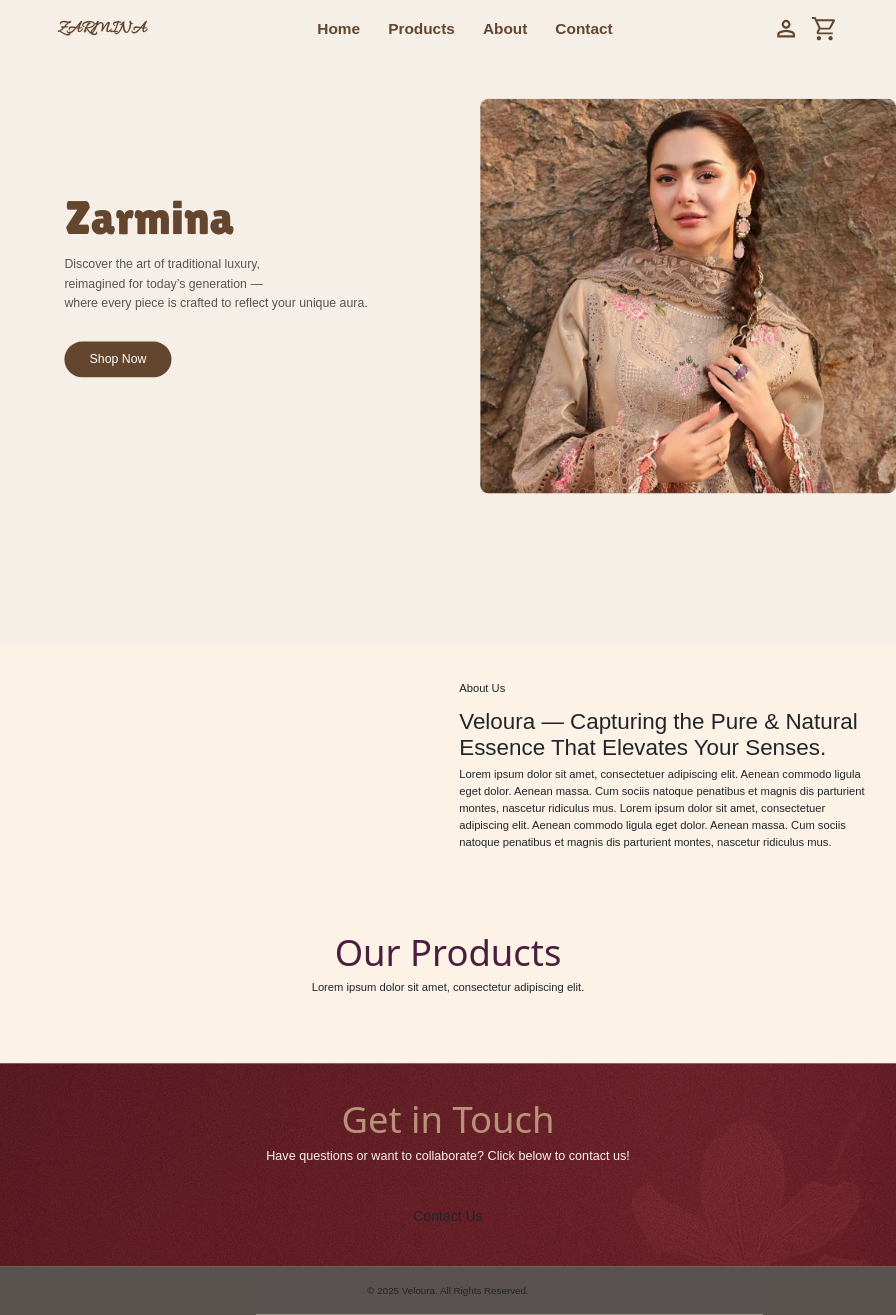
Repository: ayeshatehreem77/Clothing-store
Page: / (app in perfumes-app/)
The author's editor kept a copy of each file at every save. The page is drawn from the files as they stood at one save, then again after the next save.
The browser window is 1280 px wide. The pictures show the whole page, at 70% of full size.
Pictures or frames that could not be fetched are drawn as grey boxes. The page's requests for data from a server got no answer. Some web fonts or font styles are not loaded; a fallback is used. The project was rebuilt for these pictures with package versions that can differ from the ones it lists, and the page was loaded fresh each time. No one was signed in, and anything a server would have sent is missing. Also part of the build but not shown: perfumes-app/src/components/Alert.js.

Above is the page before, as saved 2025-10-29 00:22:41.

### perfumes-app/public/index.html
<!DOCTYPE html>
<html lang="en">

<head>
  <meta charset="utf-8" />
  <link rel="icon" href="%PUBLIC_URL%/favicon.ico" />
  <meta name="viewport" content="width=device-width, initial-scale=1" />
  <meta name="theme-color" content="#000000" />
  <meta name="description" content="Web site created using create-react-app" />
  <link rel="apple-touch-icon" href="%PUBLIC_URL%/logo192.png" />
  <!--
      manifest.json provides metadata used when your web app is installed on a
      user's mobile device or desktop. See https://developers.google.com/web/fundamentals/web-app-manifest/
    -->
  <link rel="manifest" href="%PUBLIC_URL%/manifest.json" />

  <title>Zarmina</title>

  <link rel="preconnect" href="https://fonts.googleapis.com">
  <link rel="preconnect" href="https://fonts.gstatic.com" crossorigin>
  <link
    href="https://fonts.googleapis.com/css2?family=Allura&family=Libertinus+Serif+Display&family=Lilita+One&display=swap"
    rel="stylesheet">

</head>

<body>
  <noscript>You need to enable JavaScript to run this app.</noscript>
  <div id="root"></div>
  <!--
      This HTML file is a template.
      If you open it directly in the browser, you will see an empty page.

      You can add webfonts, meta tags, or analytics to this file.
      The build step will place the bundled scripts into the <body> tag.

      To begin the development, run `npm start` or `yarn start`.
      To create a production bundle, use `npm run build` or `yarn build`.
    -->
</body>

</html>

### perfumes-app/src/index.js
import React from 'react';
import ReactDOM from 'react-dom/client';
import './index.css';
import 'bootstrap/dist/css/bootstrap.min.css';
import 'bootstrap/dist/js/bootstrap.bundle.min.js';
import App from './App';
import reportWebVitals from './reportWebVitals';
import { AuthProvider } from './context/AuthContext';

const root = ReactDOM.createRoot(document.getElementById('root'));
root.render(
  <React.StrictMode>
    <AuthProvider>
    <App />
    </AuthProvider>
  </React.StrictMode>
);

// If you want to start measuring performance in your app, pass a function
// to log results (for example: reportWebVitals(console.log))
// or send to an analytics endpoint. Learn more: https://bit.ly/CRA-vitals
reportWebVitals();

### perfumes-app/src/context/AuthContext.js
// src/context/AuthContext.js
import React, { createContext, useState, useEffect } from "react";
import axios from "axios";

export const AuthContext = createContext();

export const AuthProvider = ({ children }) => {
  const [user, setUser] = useState(null);

  // ✅ Fetch user details from backend using token
  const fetchUser = async () => {
    const token = localStorage.getItem("token");
    if (!token) return;

    try {
      const res = await axios.get("http://localhost:4000/auth/user", {
        headers: { Authorization: `Bearer ${token}` },
      });
      setUser(res.data); // { userId, email, role }
    } catch (err) {
      console.error("Failed to fetch user:", err);
      localStorage.removeItem("token");
      setUser(null);
    }
  };

  // ✅ Auto-fetch user on first render (if token exists)
  useEffect(() => {
    fetchUser();
  }, []);

  // ✅ Handle login
  const login = async (email, password) => {
    try {
      const res = await axios.post("http://localhost:4000/auth/login", {
        email,
        password,
      });

      // backend returns { authToken: "..." }
      const token = res.data.authToken;
      if (!token) throw new Error("No token returned");

      localStorage.setItem("token", token);
      await fetchUser(); // instantly update user

      return true; // success
    } catch (err) {
      console.error("Login error:", err.response?.data || err.message);
      throw err.response?.data?.message || "Login failed";
    }
  };

  // ✅ Handle logout
  const logout = () => {
    localStorage.removeItem("token");
    setUser(null);
  };

  return (
    <AuthContext.Provider value={{ user, login, logout, fetchUser }}>
      {children}
    </AuthContext.Provider>
  );
};

### perfumes-app/src/App.css
body {
  font-family: 'Poppins', sans-serif;
  background-color: #FCF2E6;
}

html {
  scroll-behavior: smooth;
}


.veloura-logo {
  font-family: "Allura", cursive;
  font-weight: 400;
  font-style: normal;
  font-size: 25px;
  color: #64462F !important;
}

.navbar {
  background: transparent !important;
}

button.navbar-toggler {
  border: none !important;
}

.navbar-toggler-icon {
  background-image: url("data:[embedded picture, 222 characters]");
}



.nav-link {
  color: #64462F !important;
  font-size: 22px;
  font-weight: 600;
}

.hero-section {
  background-color: #f5efe7;
  min-height: 100vh;
  display: flex;
  flex-direction: column;
  font-family: "Poppins", sans-serif;
}

/* =============== HERO LAYOUT =============== */
.hero-layout {
 display: flex;
    justify-content: center;
    align-items: flex-start;
    width: 100%;
    max-width: 1400px;
    height: 100vh;
    margin: 60px 0;

}

/* ---------- Left Section ---------- */
.hero-left {
    flex: 1 1;
    position: relative;
    margin: 133px 0px 0 92px;
}

.main-image {
  width: 100%;
  height: 564px;
  border-radius: 12px;
  overflow: hidden; /* ✅ ensures image stays inside box */
  position: relative;
  background-color: #93c5fd;
}

/* Make image fill box properly */
.main-image img {
  width: 100%;
  height: 100%;
  object-fit: cover; /* ✅ maintains aspect ratio without stretching */
  object-position: center;
  display: block;
}


.side-handle {
  position: absolute;
  left: -50px;
  bottom: 50%;
  transform: rotate(-90deg);
  font-size: 14px;
  color: #555;
  letter-spacing: 2px;
}

/* ---------- Right Section ---------- */
.hero-right {
  flex: 1;
  display: flex;
  flex-direction: column;
  justify-content: space-between;
  gap: 2rem;
}

/* Text Area */
.hero-text h2 {
  font-size: 1.6rem;
  color: #6c6c6c;
  margin-bottom: 5px;
  letter-spacing: 2px;
}

.hero-text h1 {
  font-family: "Lilita One", sans-serif;
  font-weight: 400;
  font-style: normal;
  font-size: 4.2rem;
  color: #64462F;
  line-height: 1.1;
}

.hero-text p {
  font-size: 1.1rem;
  color: #555;
  margin-top: 15px;
  line-height: 1.6;
}

.shop-btn {
  background-color: #64462F;
  color: white;
  border: none;
  padding: 12px 36px;
  border-radius: 40px;
  font-size: 1.1rem;
  margin-top: 25px;
  cursor: pointer;
  transition: background-color 0.3s ease;
}

.shop-btn:hover {
  background-color: #a3846d;
}

/* Small Image Grid */
.image-grid {
  display: grid;
  grid-template-columns: repeat(2, 1fr);
  gap: 20px;
}

.small-box {
  height: 200px;
  background-color: #93c5fd;
  border-radius: 12px;
}

/* =============== RESPONSIVE DESIGN =============== */
@media (max-width: 992px) {
  .hero-layout {
    flex-direction: column;
    text-align: center;
  }

  .side-handle {
    display: none;
  }

  .hero-text h1 {
    font-size: 3rem;
  }

  .main-image {
    height: 400px;
  }
}


.products-section h2 {
  font-family: "Libertinus Serif Display", system-ui;
  font-weight: 400;
  font-style: normal;
  font-size: 52px;
  color: #4B1D3F;
}

.product-card {
  transition: all 0.3s ease-in-out;
  border-radius: 10px;
  background: transparent;
}

.card-img {
  border-radius: 10px;
  /* background: #FCF2E6; */
  background: #4B1D3F;
}

.product-card:hover {
  transform: translateY(-5px);
}

.card-text,
.card-title {
  font-size: 23px;
  color: #4B1D3F;
}

/* about us */

.aboutus {
  display: grid;
  grid-template-columns: 1fr 1fr;
  gap: 2rem;
  align-items: center;
  padding: 2rem;
  background: #FCF2E6;
}

.right-section video {
  width: 70%;
  max-height: 80vh;
  height: 100%;
  object-fit: cover;
  display: block;
}

/* product details */


.modal-header p {
  font-size: 14px;
  color: #451b277a;
}

.product-img {
  width: 100%;
  border-radius: 10px;
}

.product-title {
  font-family: "Libertinus Serif Display", system-ui;
  font-weight: 400;
  font-style: normal;
  font-size: 36px;
  color: #4B1D3F;
}



.modal-content {
  background: #FCF2E6 !important;
  margin: auto !important;
  height: 98vh;
  overflow: hidden;
}

.breadcrumb-item a {
  text-decoration: none !important;
  color: black !important;
}

.modal-dialog {
  max-width: 900px;
  display: flex;
  align-items: center;
  justify-content: center;
  min-height: calc(100vh - 2rem); /* keeps it centered */
}

/* Optional - pretty scrollbar inside modal */
.modal-content::-webkit-scrollbar {
  width: 8px;
}
.modal-content::-webkit-scrollbar-thumb {
  background: #d4b191;
  border-radius: 10px;
}
.modal-content::-webkit-scrollbar-thumb:hover {
  background: #b8937a;
}

.modal-body {
  padding: 2rem !important;
}

.gender,
.concentration {
  background-color: #D4B191;
  border-radius: 21%;
  padding: 6px 11px;
  margin-bottom: 5px;
}

.add-cart-btn {
  margin-top: 1rem;
  background-color: #D4B191;
  padding: 10px 25px;
  color: #451B27;
  font-weight: 600;
}

.product-detail {
  margin-top: 0;
  margin-bottom: 1rem;
  font-size: 13px;
  color: #8b745e;
}

.btn-close:focus {
  box-shadow: none !important;
  outline: none !important;
}

/* contact us */

.contact-us {
  background-image: url("Assets/contactus2-bg.png");
  background-position: center;
  background-repeat: no-repeat;
  background-size: cover;
}

.contact-section h2 {
  font-family: "Libertinus Serif Display", system-ui;
  font-weight: 400;
  font-style: normal;
  font-size: 52px;
  color: #b8937a;
  text-align: center;
}

.contact-section p {
  font-size: 18px;
  color: #FCF2E6;
  /* accent purple */
  margin-bottom: 3rem;
  text-align: center;
}

.contact-form {
  max-width: 600px;
  margin: 0 auto;
  display: grid;
  gap: 1.5rem;
}

.contact-form input,
.contact-form textarea {
  padding: 1rem 1.2rem;
  border: 2px solid #D4B191;
  /* brand pink/gold */
  border-radius: 10px;
  font-size: 16px;
  width: 100%;
  outline: none;
  transition: border 0.3s, box-shadow 0.3s;
}

.contact-form input:focus,
.contact-form textarea:focus {
  border-color: #5E1E27;
  /* pink highlight */
  box-shadow: 0 0 10px rgba(252, 65, 90, 0.2);
}

.contact-form button {
  background-color: #D4B191;
  color: #451B27;
  padding: 1rem 2.5rem;
  font-size: 18px;
  font-weight: 600;
  border: none;
  border-radius: 10px;
  cursor: pointer;
  transition: transform 0.3s, background 0.3s;
}

.contact-form button:hover {
  background-color: #5E1E27;
  color: #fff;
  transform: scale(1.05);
}

/* Responsive */
@media (max-width: 768px) {
  .contact-form {
    gap: 1rem;
  }

  .contact-section h2 {
    font-size: 36px;
  }

  .contact-section p {
    font-size: 16px;
  }
}

/* Copyright */

footer {
  position: relative;
  bottom: 0;
  width: 100%;
  background-color: #0b0708ac;
}

/* login modal */

.auth-modal-content {
  background-color: #fdf7f2 !important;
  border-radius: 16px;
  border: none;
  box-shadow: 0 4px 20px rgba(0, 0, 0, 0.1);
  height: 90vh !important;
  width: 70%;
}

.auth-title {
  color: #4c0d23;
  font-weight: 700;
}

.auth-login-btn {
  background-color: #4c0d23;
  color: #fff;
  border-radius: 12px;
  transition: background-color 0.3s ease;
}

.auth-login-btn:hover {
  background-color: #300818;
}

.auth-signup-btn {
  border: 2px solid #b8860b;
  color: #b8860b;
  border-radius: 12px;
  background-color: transparent;
  transition: all 0.3s ease;
}

.auth-signup-btn:hover {
  background-color: #b8860b;
  color: #fff;
}

.auth-forgot-link {
  color: #4c0d23;
  text-decoration: none;
  font-weight: 500;
}

.auth-forgot-link:hover {
  text-decoration: underline;
}

.authfade-enter {
  opacity: 0;
  transform: translateY(10px);
}
.authfade-enter-active {
  opacity: 1;
  transform: translateY(0);
  transition: opacity 300ms ease, transform 300ms ease;
}
.authfade-exit {
  opacity: 1;
  transform: translateY(0);
}
.authfade-exit-active {
  opacity: 0;
  transform: translateY(-10px);
  transition: opacity 300ms ease, transform 300ms ease;
}

### perfumes-app/src/components/Aboutus.js
import React, { useEffect, useRef } from 'react';

function Aboutus() {
  const videoRef = useRef(null);

  useEffect(() => {
    if (videoRef.current) {
      const playPromise = videoRef.current.play();
      if (playPromise !== undefined) {
        playPromise.catch((error) => {
          console.log("Autoplay prevented:", error);
        });
      }
    }
  }, []);

  return (
    <div id='about' className="aboutus" style={{  }}>
      <div className="right-section">
        <video
          ref={videoRef}
          autoPlay
          muted
          loop
          playsInline
          style={{ width: "100%", height: "auto", borderRadius: "12px", objectFit: "cover" }}
        >
          <source src="/assets/aboutusvideo.mp4" type="video/mp4" />
          Your browser does not support the video tag.
        </video>
      </div>
      <div className="left-section">
        <p>About Us</p>
        <h2>
          Veloura — Capturing the Pure & Natural Essence That Elevates Your Senses.
        </h2>
        <p>Lorem ipsum dolor sit amet, consectetuer adipiscing elit. Aenean commodo ligula eget dolor. Aenean massa. Cum sociis natoque penatibus et magnis dis parturient montes, nascetur ridiculus mus. Lorem ipsum dolor sit amet, consectetuer adipiscing elit. Aenean commodo ligula eget dolor. Aenean massa. Cum sociis natoque penatibus et magnis dis parturient montes, nascetur ridiculus mus. </p>
      </div>
    </div>
  );
}

export default Aboutus;

### perfumes-app/src/components/ContactForm.js
import React from 'react'

function ContactForm() {
  return (
    <div className='contact-us align-center text-center'>
        <div className='contact-section pt-5'>
      <h2>
        Get in Touch
      </h2>
      <p>
        Have questions or want to collaborate? Click below to contact us!
      </p>
        </div>
      <button
        type="button"
        className="btn btn-lg shopnow-btn mb-5 mt-0"
        data-bs-toggle="modal"
        data-bs-target="#contactModal"
      >
        Contact Us
      </button>
    </div>
  )
}

export default ContactForm

### perfumes-app/src/components/Footer.js
import React from "react";

function Footer() {
  const year = new Date().getFullYear();

  return (
    <footer
      className="text-center py-4"
    >
      <p style={{ margin: 0, fontSize: "14px" }}>
        &copy; {year} Veloura. All Rights Reserved.
      </p>
    </footer>
  );
}

export default Footer;

### perfumes-app/src/components/Hero.js
import React from "react";
import Navbar from "./Navbar";

function Hero() {
  return (
    <div className="hero-section">
      <Navbar />

      <div className="hero-layout">
        {/* Left Main Image Box */}
        <div className="hero-left">
          <div className="hero-text">
            <h1>Zarmina</h1>
            <p>
              Discover the art of traditional luxury, <br/> reimagined for today’s generation — <br/> where every piece is crafted to reflect your unique aura.
            </p>
            <button className="shop-btn">Shop Now</button>
          </div>
        </div>

        {/* Right Side Content */}
        <div className="hero-right">
          <div className="main-image">
            <img src="assets/hero-img1.jpg" alt="" />
          </div>
        </div>
      </div>
    </div>
  );
}

export default Hero;

### perfumes-app/src/components/Products.js
import React, { useEffect, useState } from "react";

function Products({ setSelectedProduct }) {
  const [products, setProducts] = useState([]);
  const [loading, setLoading] = useState(true);

  useEffect(() => {
    const fetchProducts = async () => {
      try {
        const res = await fetch("http://localhost:4000/products");
        const data = await res.json();
        setProducts(data.data || data);
      } catch (error) {
        console.error("Failed to fetch products:", error);
      } finally {
        setLoading(false);
      }
    };

    fetchProducts();
  }, []);

  if (loading) return <p className="text-center">Loading products...</p>;

  return (
    <div id="products" className="products-section py-5">
      <div className="container w-75">
        <div className="product-text text-center mb-5">
          <h2>Our Products</h2>
          <p className="mx-5 mb-5">
            Lorem ipsum dolor sit amet, consectetur adipiscing elit.
          </p>
        </div>

        <div className="row">
          {products.map((product) => (
            <div className="col-md-4 mb-4" key={product._id}>
              <div
                className="card border-0 product-card h-100"
                data-bs-toggle="modal"
                data-bs-target="#productsDetails"
                onClick={() => setSelectedProduct(product)}
              >
                <img
                  src={`http://localhost:4000${product.images?.[0]?.url}`}
                  className="card-img card-img-top"
                  alt={product.name}
                />
                <div className="card-body text-center">
                  <h5 className="card-title">{product.name}</h5>
                  <p className="card-text">${product.price}</p>
                </div>
              </div>
            </div>
          ))}
        </div>
      </div>
    </div>
  );
}

export default Products;

### perfumes-app/src/components/Navbar.js
import React, { useContext } from "react";
import { AuthContext } from "../context/AuthContext";

function Navbar() {
  const { user, logout } = useContext(AuthContext);

  return (
    <nav className="navbar navbar-expand-lg py-3">
      <div className="container d-flex justify-content-between align-items-center">
        <a className="navbar-brand fw-bold text-uppercase veloura-logo" href="/">
          Zarmina
        </a>

        <ul className="navbar-nav mx-auto d-lg-flex flex-row gap-4">
          <li className="nav-item"><a className="nav-link" href="/">Home</a></li>
          <li className="nav-item"><a className="nav-link" href="#products">Products</a></li>
          <li className="nav-item"><a className="nav-link" href="#about">About</a></li>
          <li className="nav-item">
            <a className="nav-link" href="/" data-bs-toggle="modal" data-bs-target="#contactModal">Contact</a>
          </li>
        </ul>

        <div className="d-none d-lg-flex align-items-center gap-3">
            <a
              className="nav-link p-0"
              href="#"
              data-bs-toggle="modal"
              data-bs-target="#authModal"
            >
              <svg xmlns="http://www.w3.org/2000/svg" height="38px" viewBox="0 -960 960 960" width="38px" fill="#64462F"><path d="M480-480q-66 0-113-47t-47-113q0-66 47-113t113-47q66 0 113 47t47 113q0 66-47 113t-113 47ZM160-160v-112q0-34 17.5-62.5T224-378q62-31 126-46.5T480-440q66 0 130 15.5T736-378q29 15 46.5 43.5T800-272v112H160Zm80-80h480v-32q0-11-5.5-20T700-306q-54-27-109-40.5T480-360q-56 0-111 13.5T260-306q-9 5-14.5 14t-5.5 20v32Zm240-320q33 0 56.5-23.5T560-640q0-33-23.5-56.5T480-720q-33 0-56.5 23.5T400-640q0 33 23.5 56.5T480-560Zm0-80Zm0 400Z" /></svg>
            </a>

          <a
            href="#"
            className="nav-link"
            data-bs-toggle="modal"
            data-bs-target="#cartModal"
          >
            <svg xmlns="http://www.w3.org/2000/svg" height="40px" viewBox="0 -960 960 960" width="40px" fill="#64462F"><path d="M284.53-80.67q-30.86 0-52.7-21.97Q210-124.62 210-155.47q0-30.86 21.98-52.7Q253.95-230 284.81-230t52.69 21.98q21.83 21.97 21.83 52.83t-21.97 52.69q-21.98 21.83-52.83 21.83Zm400 0q-30.86 0-52.7-21.97Q610-124.62 610-155.47q0-30.86 21.98-52.7Q653.95-230 684.81-230t52.69 21.98q21.83 21.97 21.83 52.83t-21.97 52.69q-21.98 21.83-52.83 21.83ZM238.67-734 344-515.33h285.33l120-218.67H238.67ZM206-800.67h589.38q22.98 0 34.97 20.84 11.98 20.83.32 41.83L693.33-490.67q-11 19.34-28.87 30.67-17.87 11.33-39.13 11.33H324l-52 96h487.33V-286H278q-43 0-63-31.83-20-31.84-.33-68.17l60.66-111.33-149.33-316H47.33V-880h121.34L206-800.67Zm138 285.34h285.33H344Z"/></svg>
          </a>
        </div>
      </div>
    </nav>
  );
}

export default Navbar;

Loaded but not shown: perfumes-app/src/index.css (common file); perfumes-app/src/reportWebVitals.js (common file); perfumes-app/src/components/Login.js (294 lines, source omitted); perfumes-app/src/components/ProductsDetails.js (160 lines, source omitted); perfumes-app/src/components/AddToCart.js (158 lines, source omitted); perfumes-app/src/components/ContactModal.js (121 lines, source omitted); perfumes-app/src/App.js (116 lines, source omitted)

After the next save:
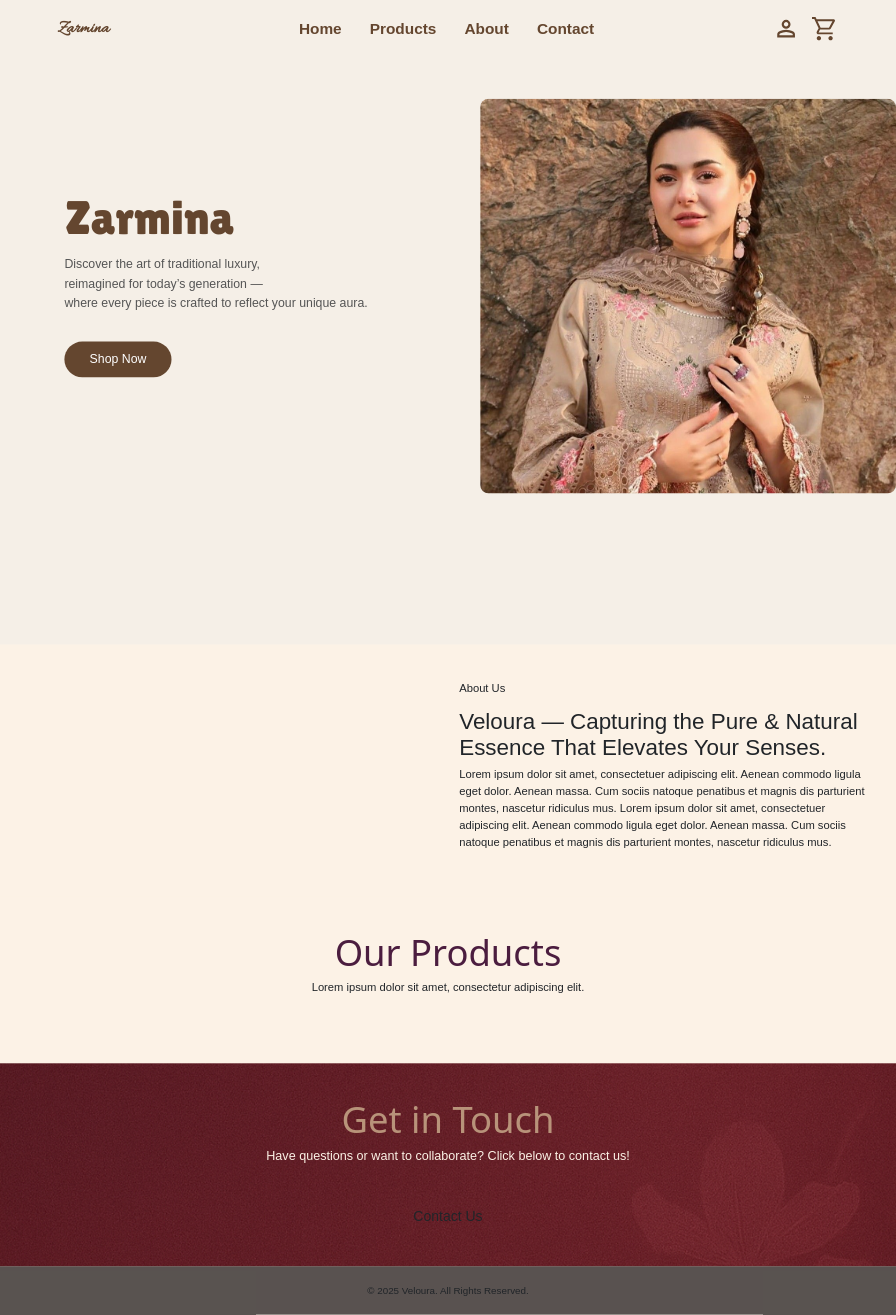
Saved 60 s later.
--- a/perfumes-app/src/components/Navbar.js
+++ b/perfumes-app/src/components/Navbar.js
@@ -7,7 +7,7 @@ function Navbar() {
   return (
     <nav className="navbar navbar-expand-lg py-3">
       <div className="container d-flex justify-content-between align-items-center">
-        <a className="navbar-brand fw-bold text-uppercase veloura-logo" href="/">
+        <a className="navbar-brand fw-bold veloura-logo" href="/">
           Zarmina
         </a>
 
